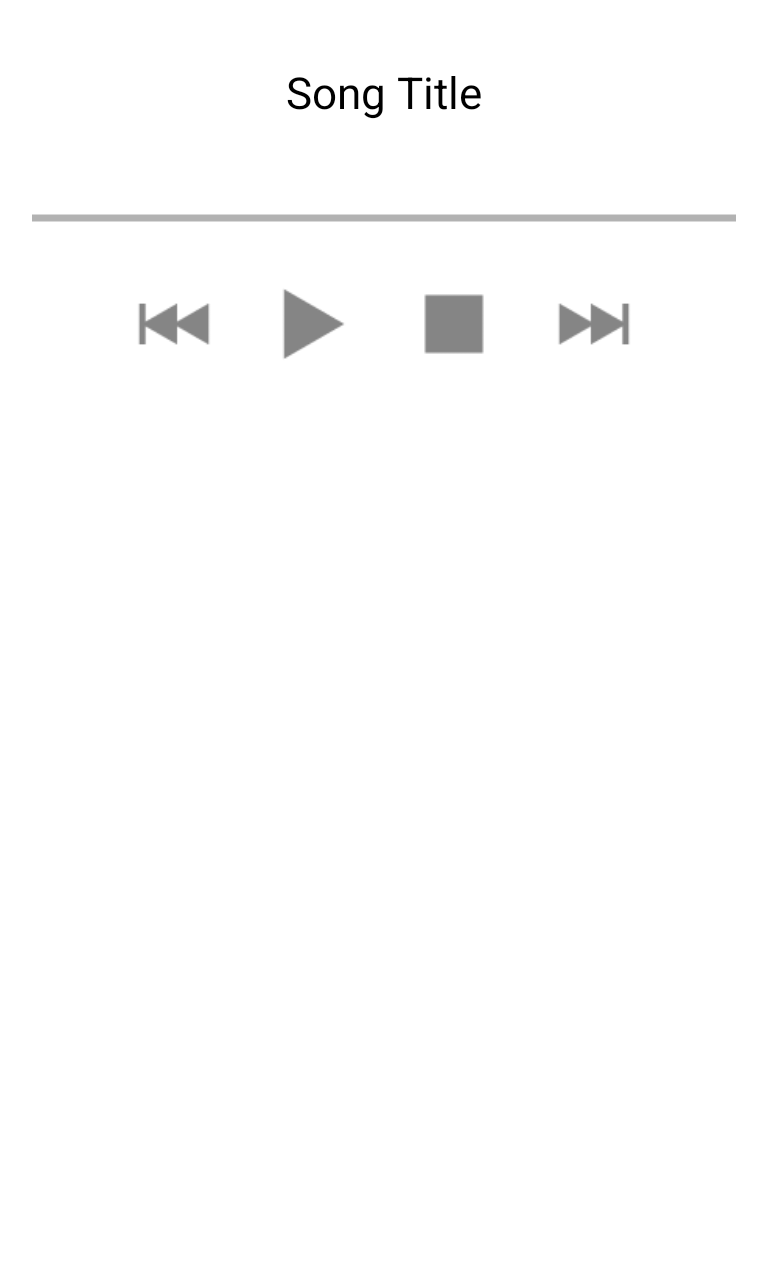
Repository: laurenelder/MDF3
Layout: MiniMediaPlayer/res/layout/activity_main.xml
The author's editor kept a copy of each file at every save. The layout is drawn from the files as they stood at one save, then again after the next save.
It is drawn on a 768 x 1280 px phone screen (xhdpi) without system bars, with theme AppTheme; the app's code is not run.

Above is the layout before, as saved 2014-09-07 22:55:03.

After the next save:
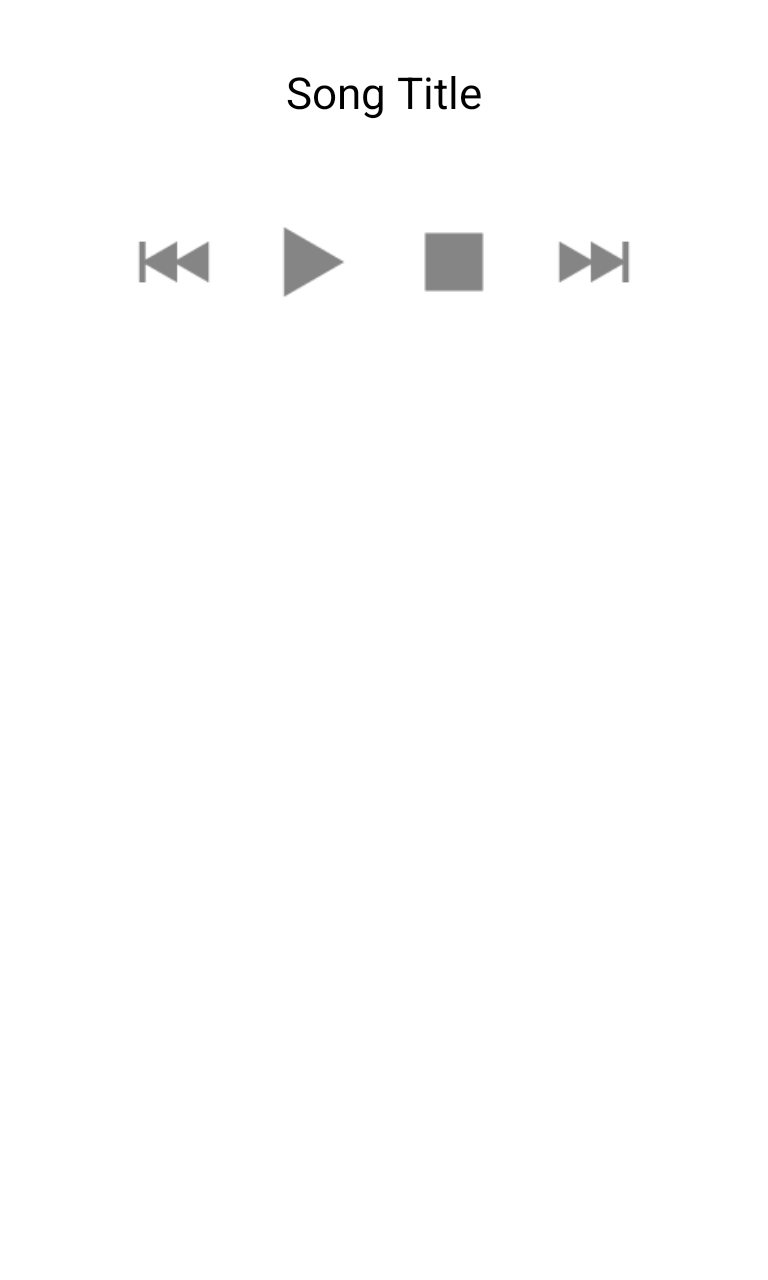
Saved 2 min 45 s later.
--- a/MiniMediaPlayer/res/layout/activity_main.xml
+++ b/MiniMediaPlayer/res/layout/activity_main.xml
@@ -18,18 +18,10 @@
         android:gravity="center"
         android:textAppearance="?android:attr/textAppearanceLarge" />
 
-    <ProgressBar
-        android:id="@+id/songProgress"
-        style="?android:attr/progressBarStyleHorizontal"
-        android:layout_width="match_parent"
-        android:layout_height="wrap_content"
-        android:layout_marginTop="25dp"
-        android:gravity="center" />
-
     <LinearLayout
         android:layout_width="match_parent"
         android:layout_height="wrap_content"
-        android:layout_marginTop="20dp"
+        android:layout_marginTop="30dp"
         android:gravity="center" >
 
         <Button
